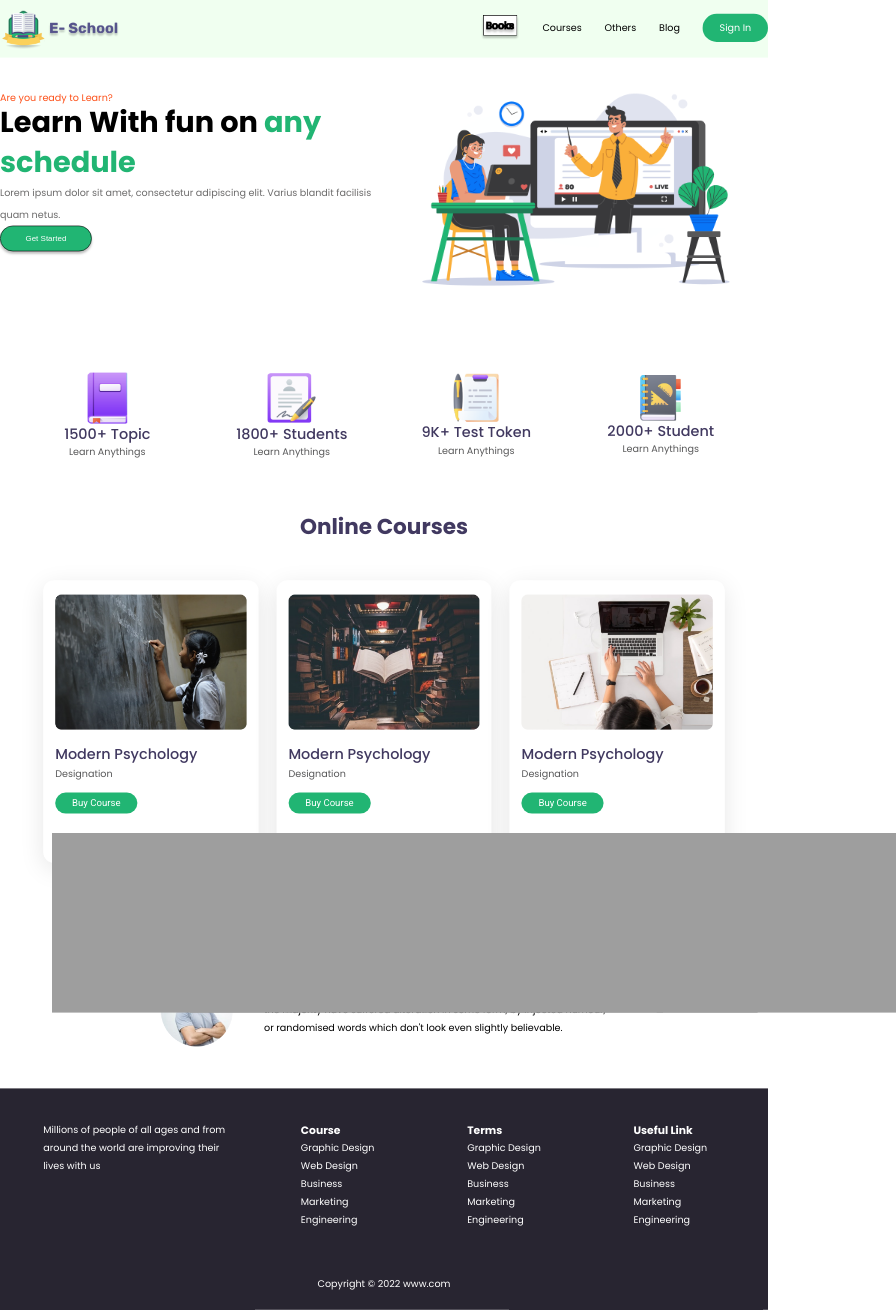
Repository: bijaythakur-code/E-school
Page: index.html
The author's editor kept a copy of each file at every save. The page is drawn from the files as they stood at one save, then again after the next save.
The browser window is 1280 px wide. The page is 1494 px wide, so the pictures cover 1494 px, including what lies to the right of the window. The pictures show the whole page, at 60% of full size.
Pictures or frames that could not be fetched are drawn as grey boxes.

Above is the page before, as saved 2022-05-21 17:25:35.

### index.html
<!DOCTYPE html>
<html lang="en">
  <head>
    <meta charset="UTF-8" />
    <meta http-equiv="X-UA-Compatible" content="IE=edge" />
    <meta name="viewport" content="width=device-width, initial-scale=1.0" />

    <link rel="preconnect" href="https://fonts.googleapis.com" />
    <link rel="preconnect" href="https://fonts.gstatic.com" crossorigin />
    <link
      href="https://fonts.googleapis.com/css2?family=Poppins:wght@400;500;700&family=Roboto&display=swap"
      rel="stylesheet"
    />

    <link rel="stylesheet" href="/css/general.css" />
    <link rel="stylesheet" href="/css/style.css" />
    <link rel="stylesheet" href="/css/queries.css" />
    <title>E-School V2</title>
  </head>
  <body>
    <header>
      <div>
        <div class="nav-container">
          <div class="logo">
            <a href="#">
              <img src="/img/logo.png" alt="E-school logo" />
            </a>
          </div>
        <nav class="main-nav">
          <ul class="main-nav-list">
            <li>
              <a href="/">
                <img src="/img/img-icon-books-nav.png" alt="E-school Books" />
              </a>
            </li>
            <li>
              <a class="nav-link" href="#courses">Courses</a>
            </li>
            <li>
              <a class="nav-link" href="#">Others</a>
            </li>
            <li>
              <a class="nav-link" href="#">Blog</a>
            </li>
            <li>
              <a class="sign-in nav-link" href="#">Sign In</a>
            </li>
          </ul>
        </nav>

        <button class="btn-mobile-nav">
          <ion-icon class="icon-mobile-nav" name="menu-outline"></ion-icon>
          <ion-icon class="icon-mobile-nav" name="close-outline"></ion-icon>
        </button>
      </div>
    </header>

    <main>
    <!-- hero section -->
    <div class="hero">
      <div class="hero-left">
        <p class="are-you-ready">Are you ready to Learn?</p>
        <h1>Learn With fun on <span class="h1-span">any schedule</span></h1>
        <p class="website-desc">
          Lorem ipsum dolor sit amet, consectetur adipiscing elit. Varius
          blandit facilisis quam netus.
        </p>
        <a href="#">
          <button class="btn-get-started">Get Started</button>
        </a>
      </div>
      <div class="hero-right">
        <img src="/img/image-hero.png" alt="E-school hero" />
    </div>
  </div>

    <!-- progress section -->
    <section class="progress">
      <div class="container progress-container">
        <div class="progress-section">
          <img src="img/img-icon-1-topic.png" alt="Topic E-school">
          <h3>1500+ Topic</h3>
          <p>Learn Anythings</p>
        </div>

        <div class="progress-section">
          <img src="img/img-icon-2-students.png" alt="Students E-school">
          <h3>1800+ Students</h3>
          <p>Learn Anythings</p>
        </div>

        <div class="progress-section">
          <img src="img/img-icon-3-token.png" alt="Test E-school">
          <h3>9K+ Test Token</h3>
          <p>Learn Anythings</p>
        </div>

        <div class="progress-section">
          <img src="img/img-icon-4-student.png" alt="Student E-school">
          <h3>2000+ Student</h3>
          <p>Learn Anythings</p>
        </div>

      </div>
    </section>

    <!-- Online Courses Section -->

    <section id="courses">
      <div class="container online-courses">
        <h2>Online Courses</h2>
        <div class="courses-section">
          <div class="course-item">
            <img src="img/image-online-course-1.png" alt="E-school course" />
            <h3>Modern Psychology</h3>
            <p class="course-sub-desc">Designation</p>
            <a href="#">
              <button class="btn-buy-course">Buy Course</button>
            </a>
            <div class="course-details">
              <p class="course-start">Start 20  April, 2021</p>
              <p class="course-seats">60 seats</p>
            </div>
          </div>

          <div class="course-item">
            <img src="img/image-online-course-2.png" alt="E-school course" />
            <h3>Modern Psychology</h3>
            <p class="course-sub-desc">Designation</p>
            <a href="#">
              <button class="btn-buy-course">Buy Course</button>
            </a>
            <div class="course-details">
              <p class="course-start">Start 20  April, 2021</p>
              <p class="course-seats">60 seats</p>
            </div>
          </div>

          <div class="course-item">
            <img src="img/image-online-course-3.png" alt="E-school course" />
            <h3>Modern Psychology</h3>
            <p class="course-sub-desc">Designation</p>
            <a href="#">
              <button class="btn-buy-course">Buy Course</button>
            </a>
            <div class="course-details">
              <p class="course-start">Start 20  April, 2021</p>
              <p class="course-seats">60 seats</p>
            </div>
          </div>

          </div>
    </section>

    <!-- Testimonial section -->
    <section>
      <div class="container testimonial-container">
        <h2>Testimonial</h2>
        <div class="testimonial-section">
          <figure class="testimonial">
            <img
              class="testimonial-img"
              alt="Photo of customer Dave Bryson"
              src="img/image-testimonial.png"
            />
            <blockquote class="testimonial-text">
              There are many variations of passages of Lorem Ipsum available, but the majority have suffered alteration in some form, by injected humour,  or randomised words which don't look even slightly believable.
            </blockquote>
          </figure>
        </div>
      </div>
    </section>
  </main>

    <!-- Footer Section -->

    <footer>
        <div class="footer-section container">
          <div class="footer-items">
            <p class="footer-left-text">Millions of people of all ages and from around the world are improving their lives with us</p>
            <div class="footer-item">
              <h3>Course</h3>
              <ul>
                <li>
                  <a href="#">Graphic Design</a>
                </li>
                <li>
                  <a href="#">Web Design</a>
                </li>
                <li>
                  <a href="#">Business</a>
                </li>
                <li>
                  <a href="#">Marketing</a>
                </li>
                <li>
                  <a href="#">Engineering</a>
                </li>
              </ul>
            </div>
            <div class="footer-item">
              <h3>Terms</h3>
              <ul>
                <li>
                  <a href="#">Graphic Design</a>
                </li>
                <li>
                  <a href="#">Web Design</a>
                </li>
                <li>
                  <a href="#">Business</a>
                </li>
                <li>
                  <a href="#">Marketing</a>
                </li>
                <li>
                  <a href="#">Engineering</a>
                </li>
              </ul>
            </div>
            <div class="footer-item">
              <h3>Useful Link</h3>
              <ul>
                <li>
                  <a href="#">Graphic Design</a>
                </li>
                <li>
                  <a href="#">Web Design</a>
                </li>
                <li>
                  <a href="#">Business</a>
                </li>
                <li>
                  <a href="#">Marketing</a>
                </li>
                <li>
                  <a href="#">Engineering</a>
                </li>
              </ul>
            </div>
          </div>
          <div class="footer-bottom">
            <p class="footer-bottom-text">
              Copyright © <span class="year">2021</span> www.com
            </p>
          </div>
        </div>
      </footer>

      <script src="https://unpkg.com/smoothscroll-polyfill@0.4.4/dist/smoothscroll.min.js"></script>

      <script type="module" src="https://unpkg.com/ionicons@5.5.2/dist/ionicons/ionicons.esm.js"></script>
<script nomodule src="https://unpkg.com/ionicons@5.5.2/dist/ionicons/ionicons.js"></script>

    <script src="js/script.js"></script>
  </body>
</html>

### css/general.css
/*
--- 01 TYPOGRAPHY SYSTEM

- Font sizes (px)


- Font weights
Default: 400
Medium: 500

Bold: 700


- Line heights
Default: 1
Small: 1.05
Medium: 1.2
Paragraph default: 1.6
Large: 1.8

- Letter spacing
-0.5px
0.75px

--- 02 COLORS

#000000 -- black
#21B573 -- primary
#FFFFFF -- white
#FD511A -- primary-shade-one
#413960 -- secondary
#585859 -- secondary-tint-one
#282531 -- footer background
#CDCDCD -- primary-tint-one

#F0FFF0 -- hero background

- Primary:
- Tints:


- Shades:


- Accents:
- Greys


--- 05 SHADOWS


--- 06 BORDER-RADIUS

Default: 9px
Medium: 11px

--- 07 WHITESPACE

- Spacing system (px)

*/

:root {
  /* COLORS VARIABLES */
  --primary-color: #21b573;
  --primary-shade-one: #fd511a;
  --primary-tint-one: #cdcdcd;

  --secondary-color: #413960;
  --secondary-tint-one: #585859;

  --hero-background: #f0fff0;
  --footer-background: #282531;

  --black-color: #000000;
  --white-color: #ffffff;
}

*,
*::after,
*::before {
  padding: 0;
  margin: 0;
  box-sizing: border-box;
}

html {
  /* font-size: 10px; */

  /* 10px / 16px = 0.625 = 62.5% */
  /* Percentage of user's browser font-size setting */
  font-size: 62.5%;

  /* Does NOT work on Safari */
  /* scroll-behavior: smooth; */
}

body {
  font-family: 'Poppins', sans-serif;
  line-height: 140%;
  font-weight: 400;
}

ul {
  list-style: none;
}

a {
  text-decoration: none;
}

img {
  max-width: 100%;
  height: auto;
}

button {
  border: none;
  outline: none;
  cursor: pointer;
}

/*=============== GENERAL REUSABLE CSS CLASSES ===============*/

.container {
  /* 1200px */
  max-width: 120rem;
  padding: 0 3.2rem;
  margin: 0 auto;
}

### css/style.css
/*=============== HEADER & NAV ===============*/

header {
  background-color: var(--hero-background);
  position: relative;
}

.nav-container {
  display: flex;
  justify-content: space-between;
  align-items: center;
  height: 9.6rem;
}

.main-nav-list {
  display: flex;
  justify-content: space-between;
  align-items: center;
  gap: 3.8rem;
}

.logo {
  height: 6rem;
  width: 20rem;
}

.nav-link {
  font-family: 'Poppins', sans-serif;
  font-weight: 400;
  font-size: 1.6rem;
  color: #000000;
}

.sign-in {
  color: #ffffff;
  padding: 1.2rem 2.8rem;
  width: 10.4rem;
  height: 4.3rem;
  background: #21b573;
  border-radius: 3.3rem;
}

/* mobile menu */

.btn-mobile-nav {
  border: none;
  background: none;
  cursor: pointer;

  display: none;
}

.icon-mobile-nav {
  height: 4.8rem;
  width: 4.8rem;
  color: #333;
}

.icon-mobile-nav[name='close-outline'] {
  display: none;
}

/* STICKY NAVIGATION */

.sticky .nav-container {
  position: fixed;
  top: 0;
  left: 0;
  bottom: 0;
  width: 100%;
  height: 8rem;
  /* padding-top: 0;
  padding-bottom: 0; */
  padding: 0 2rem;
  background-color: rgba(255, 255, 255, 0.97);
  z-index: 999;
  box-shadow: 0 1.2rem 3.2rem rgba(0, 0, 0, 0.03);
}

.sticky .hero {
  margin-top: 9.6rem;
}

/*=============== HERO SECTION ===============*/

.hero {
  display: flex;
  padding: 6rem 0 6rem 0;
}

.hero-left {
  width: 50%;
  display: flex;
  flex-direction: column;
}

.are-you-ready {
  font-family: 'Poppins', sans-serif;
  font-weight: 400;
  font-size: 1.6rem;
  color: #fd511a;
}

h1 {
  font-family: 'Poppins', sans-serif;

  font-weight: 700;
  font-size: 4.8rem;
  line-height: 140%;
  color: #000000;
}

.h1-span {
  color: #21b573;
}

.website-desc {
  font-family: 'Poppins', sans-serif;

  font-weight: 400;
  font-size: 1.6rem;
  line-height: 225%;
  color: #6c6b6b;
}

.btn-get-started {
  width: 15.3rem;
  height: 4.3rem;
  background: #21b573;
  padding: 1.2rem 3.6rem;
  border: 0.1rem solid #000000;
  box-shadow: 0rem 0.4rem 0.4rem rgba(0, 0, 0, 0.25);
  border-radius: 3.3rem;
  color: #ffffff;
}

.hero-right {
  width: 50%;
  display: flex;
  justify-content: center;
  align-items: center;
}

.hero-right img {
  width: 80%;
}

/*=============== PROGRESS SECTION ===============*/

/* .progress {
  background-color: red;
} */
.progress-container {
  display: grid;
  grid-template-columns: repeat(4, 1fr);
  padding: 3rem 0;
  gap: 3rem;
}

.progress-section {
  display: flex;
  flex-direction: column;
  justify-content: center;
  align-items: center;
  padding: 5.5rem 0;
  /* width: 27rem;
  height: 27rem; */
}

.progress-section h3 {
  font-family: 'Poppins', sans-serif;
  font-weight: 500;
  font-size: 2.4rem;
  line-height: 3.6rem;
  color: #413960;
}

.progress-section p {
  font-family: 'Poppins', sans-serif;
  font-weight: 400;
  font-size: 1.6rem;
  line-height: 2.4rem;
  color: #585859;
}

.progress-section:hover {
  background: #ffffff;
  /* background: red; */
  box-shadow: 0rem 2rem 4rem rgba(0, 0, 0, 0.1);
  border-radius: 1rem;
}

/*=============== ONLINE COURSE SECTION ===============*/
.online-courses h2 {
  text-align: center;
  font-family: 'Poppins', sans-serif;
  font-weight: 700;
  font-size: 3.6rem;
  line-height: 5.4rem;
  color: #413960;
}

.courses-section {
  display: grid;
  grid-template-columns: repeat(3, 1fr);
  gap: 3rem;
  margin-top: 6.2rem;
}

.course-item {
  background: #ffffff;
  box-shadow: 0rem 1rem 4rem rgba(0, 0, 0, 0.1);
  border-radius: 1.8rem;
  padding: 2.4rem 2rem;
}

.course-item h3 {
  font-family: 'Poppins', sans-serif;
  font-weight: 500;
  font-size: 2.4rem;
  line-height: 3.6rem;
  color: #413960;
  margin-top: 1.9rem;
}

.course-sub-desc {
  font-family: 'Poppins', sans-serif;
  font-weight: 400;
  font-size: 1.6rem;
  line-height: 2.4rem;
  color: #585859;
  margin-top: 0.3rem;
}

.btn-buy-course {
  padding: 0.8rem 2.8rem;
  background: #21b573;
  border-radius: 3.3rem;
  font-family: 'Roboto', sans-serif;
  font-weight: 400;
  font-size: 1.6rem;
  line-height: 1.9rem;
  color: #ffffff;
  margin-top: 1.9rem;
}

.course-details {
  display: flex;
  justify-content: space-between;
  align-items: center;
  margin-top: 3.4rem;
}

.course-details .course-start,
.course-details .course-seats {
  font-family: 'Poppins', sans-serif;
  font-weight: 500;
  font-size: 1.6rem;
  line-height: 2.4rem;
  color: #585859;
  white-space: nowrap;
  position: relative;
  padding-left: 2rem;
}

.courses-section .course-details .course-seats::before {
  content: url('../img/icon-people.svg');
  position: absolute;
  top: -0.2rem;
  left: -0.6rem;
}

.courses-section .course-details .course-start::before {
  content: url('../img/icon-calender.svg');
  position: absolute;
  top: -0.2rem;
  left: -0.6rem;
}

/*=============== TESTIMONIAL SECTION ===============*/

.testimonial-container h2 {
  text-align: center;
  font-family: 'Poppins', sans-serif;
  font-weight: 700;
  font-size: 3.6rem;
  line-height: 5.4rem;
  color: #000000;
  margin-top: 6.2rem;
}

.testimonial-section {
  padding: 7rem 19.6rem;
}

.testimonial-container .testimonial {
  display: flex;
  justify-content: center;
  align-items: center;
  gap: 5.2rem;
}

.testimonial-container .testimonial .testimonial-img {
  width: 12rem;
  height: 12rem;
}

.testimonial-container .testimonial .testimonial-text {
  font-family: 'Poppins', sans-serif;
  font-weight: 400;
  font-size: 1.6rem;
  line-height: 188%;
  color: #000000;
}

/*=============== TESTIMONIAL SECTION ===============*/

footer {
  background: #282531;
}
.footer-section {
  display: flex;
  flex-direction: column;
  justify-content: center;
  align-items: center;
}

.footer-items {
  display: grid;
  grid-template-columns: 2fr 1fr 1fr 1fr;
  padding-top: 5.5rem;
  gap: 12.5rem;
}

.footer-items .footer-item h3 {
  font-family: 'Poppins', sans-serif;
  font-weight: 700;
  font-size: 1.8rem;
  line-height: 167%;
  color: #ffffff;
}

.footer-items .footer-item a,
.footer-items .footer-left-text,
.footer-bottom {
  font-family: 'Poppins', sans-serif;
  font-weight: 400;
  font-size: 1.6rem;
  line-height: 188%;
  color: #ffffff;
}

.footer-bottom {
  padding-top: 7.6rem;
  padding-bottom: 2.7rem;
}

### css/queries.css
/* rem and em do NOT depend on html font-size in media queries! Instead, 1rem = 1em = 16px */

/**************************/
/* BELOW 1344px (Smaller desktops) */
/**************************/

@media (max-width: 84em) {
}

/**************************/
/* BELOW 1200px (Landscape Tablets) */
/**************************/

@media (max-width: 75em) {
  html {
    /* 9px / 16px  */
    font-size: 56.25%;
  }
}

/**************************/
/* BELOW 944px (Tablets) */
/**************************/

@media (max-width: 59em) {
  html {
    /* 8px / 16px = 0.5 = 50% */
    font-size: 50%;
  }
}

/**************************/
/* BELOW 704px (Smaller tablets) */
/**************************/

@media (max-width: 44em) {
}

/**************************/
/* BELOW 544px (Phones) */
/**************************/

@media (max-width: 34em) {
}

### js/script.js
///////////////////////////////////////////////////////////
// Set current year
const yearEl = document.querySelector('.year')
const currentYear = new Date().getFullYear()
yearEl.textContent = currentYear

///////////////////////////////////////////////////////////
// Make mobile navigation work

const btnNavEl = document.querySelector('.btn-mobile-nav')
const headerEl = document.querySelector('.nav-container')

btnNavEl.addEventListener('click', function () {
  headerEl.classList.toggle('nav-open')
})

///////////////////////////////////////////////////////////
// Smooth scrolling animation

const allLinks = document.querySelectorAll('a:link')

allLinks.forEach(function (link) {
  link.addEventListener('click', function (e) {
    e.preventDefault()
    const href = link.getAttribute('href')

    // Scroll back to top
    if (href === '#')
      window.scrollTo({
        top: 0,
        behavior: 'smooth',
      })

    // Scroll to other links
    if (href !== '#' && href.startsWith('#')) {
      const sectionEl = document.querySelector(href)
      sectionEl.scrollIntoView({ behavior: 'smooth' })
    }

    // Close mobile naviagtion
    if (link.classList.contains('nav-link'))
      headerEl.classList.toggle('nav-open')
  })
})

///////////////////////////////////////////////////////////
// Sticky navigation

const sectionHeroEl = document.querySelector('.hero')

const obs = new IntersectionObserver(
  function (entries) {
    const ent = entries[0]
    // console.log(ent)

    if (ent.isIntersecting === false) {
      document.body.classList.add('sticky')
    }

    if (ent.isIntersecting === true) {
      document.body.classList.remove('sticky')
    }
  },
  {
    // In the viewport
    root: null,
    threshold: 0,
    rootMargin: '-80px',
  }
)
obs.observe(sectionHeroEl)

After the next save:
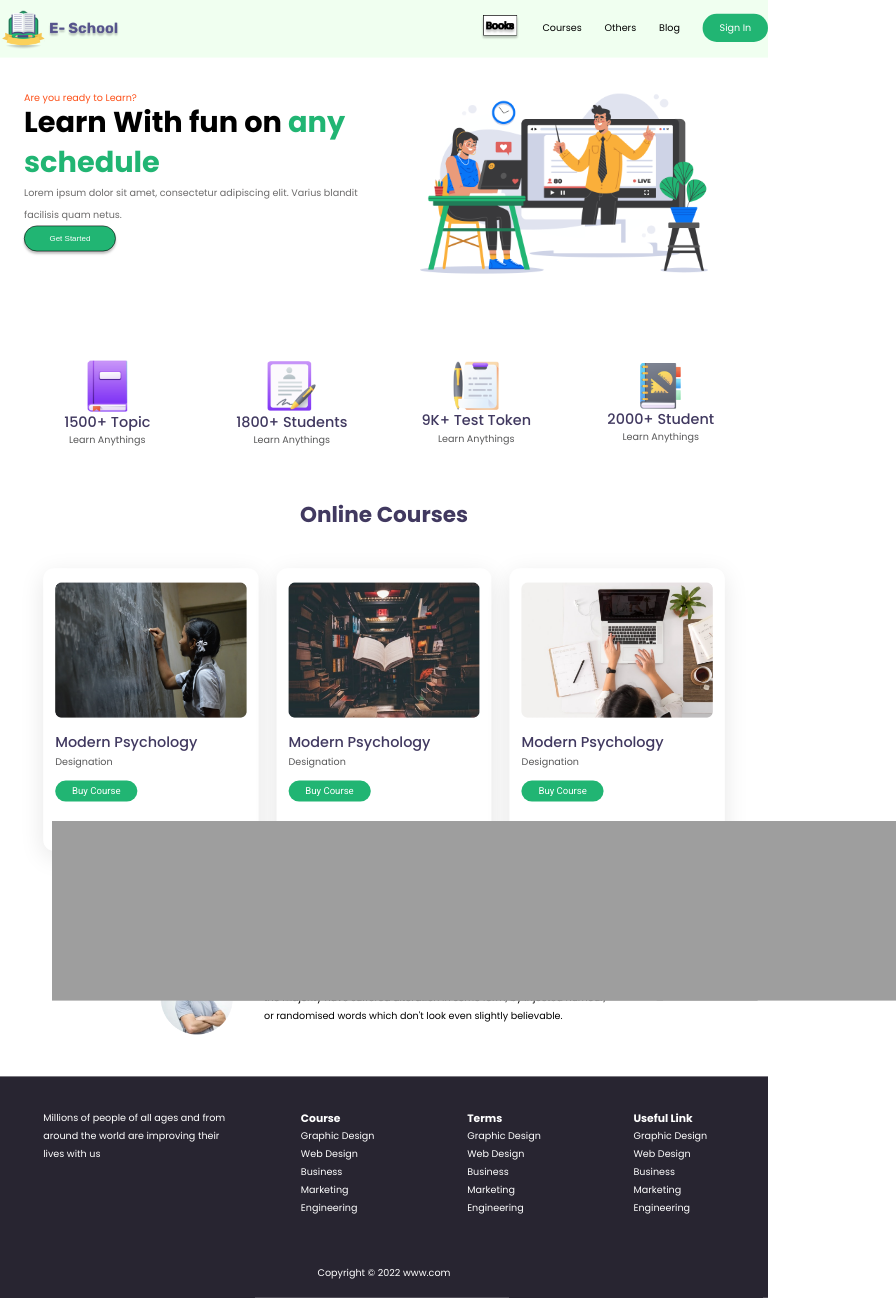
Saved 18 s later.
--- a/index.html
+++ b/index.html
@@ -57,7 +57,7 @@
 
     <main>
     <!-- hero section -->
-    <div class="hero">
+    <div class="hero container">
       <div class="hero-left">
         <p class="are-you-ready">Are you ready to Learn?</p>
         <h1>Learn With fun on <span class="h1-span">any schedule</span></h1>

After the save that followed:
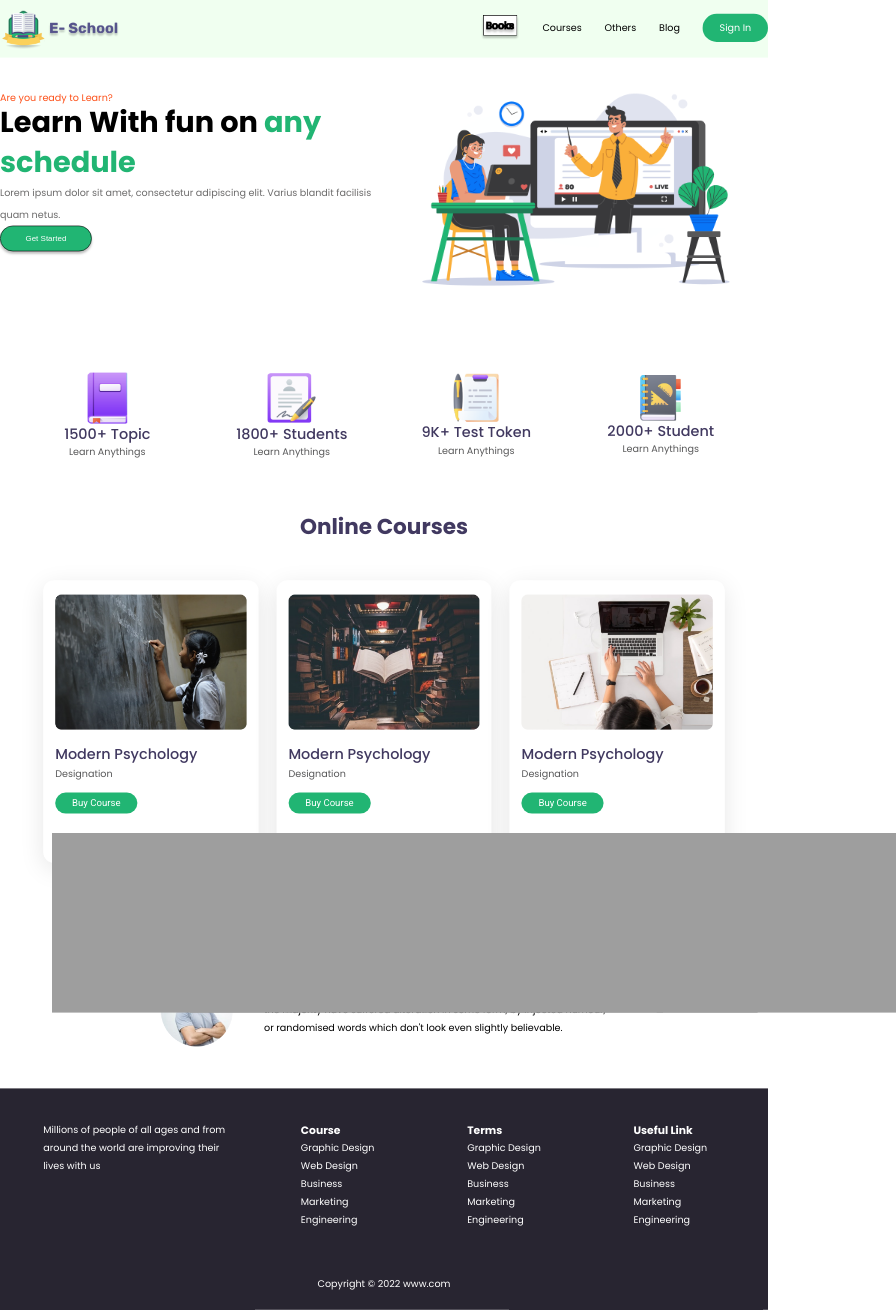
Saved 6 min 8 s later.
--- a/index.html
+++ b/index.html
@@ -57,7 +57,8 @@
 
     <main>
     <!-- hero section -->
-    <div class="hero container">
+    <section class="hero-section">
+    <div class="hero">
       <div class="hero-left">
         <p class="are-you-ready">Are you ready to Learn?</p>
         <h1>Learn With fun on <span class="h1-span">any schedule</span></h1>
@@ -73,6 +74,7 @@
         <img src="/img/image-hero.png" alt="E-school hero" />
     </div>
   </div>
+</section>
 
     <!-- progress section -->
     <section class="progress">
